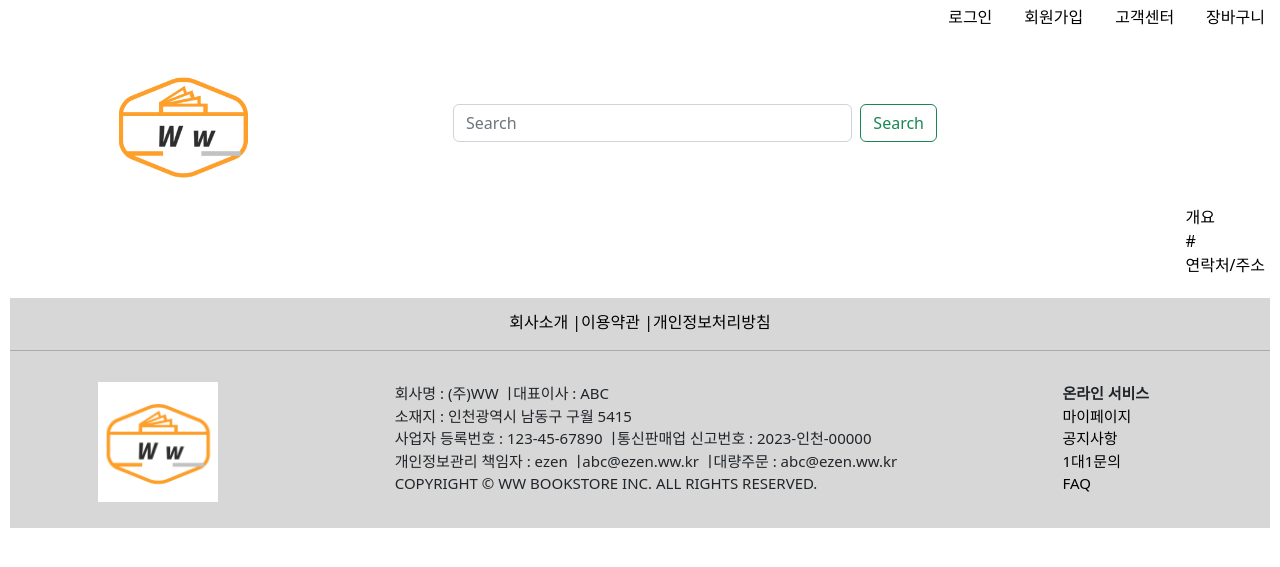
Repository: leehyeonung/project6
Page: http://localhost/book/WEB-INF/views/introduce.jsp
An editor plug-in stored every save of this project. The page is shown before and after the next save, followed by the edit.
The browser window is 1280 px wide. The pictures show the whole page.
The page is served by Tomcat 9. Nobody is signed in. The template is opened directly, without the code that normally fills it, so the values that code supplies are empty.

Above is the page before, as saved 2023-01-08 12:17:23.

After the next save:
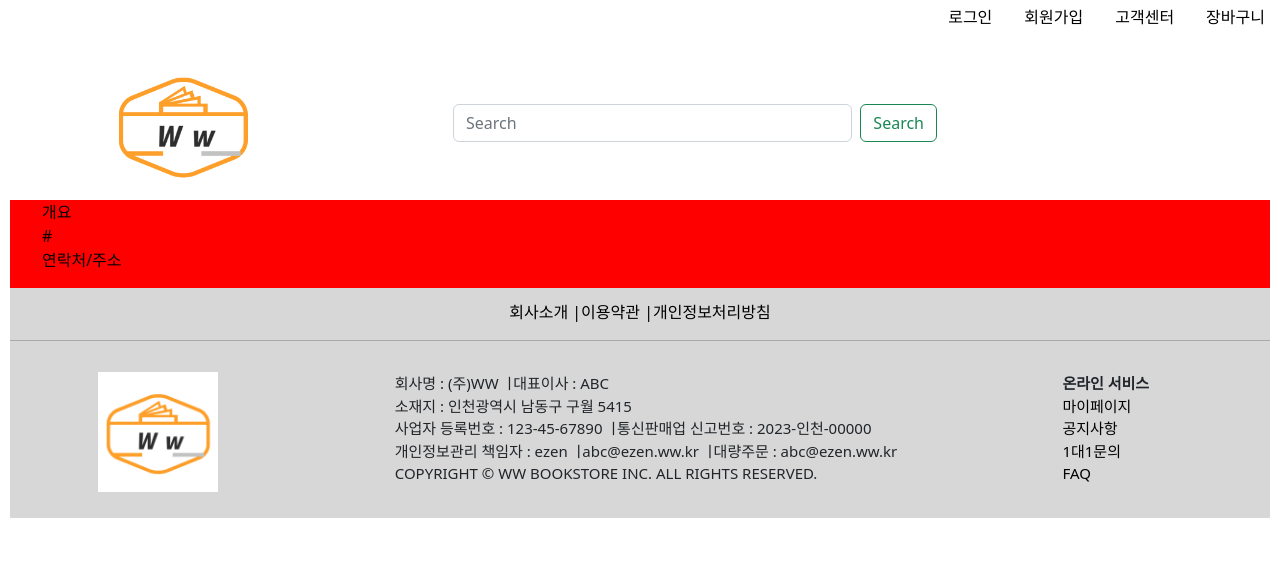
Saved 3 s later.
--- a/book/src/main/webapp/WEB-INF/views/introduce.jsp
+++ b/book/src/main/webapp/WEB-INF/views/introduce.jsp
@@ -12,7 +12,7 @@
 <body>
 <jsp:include page="./layout/header.jsp"></jsp:include>
 <div class="main">
-<div class="menu">
+<div class="intro">
 <ul>
 	<li><a href="/content?content=okay1">개요</a></li>
 	<li><a href="/content?content=okay2">#</a></li>
